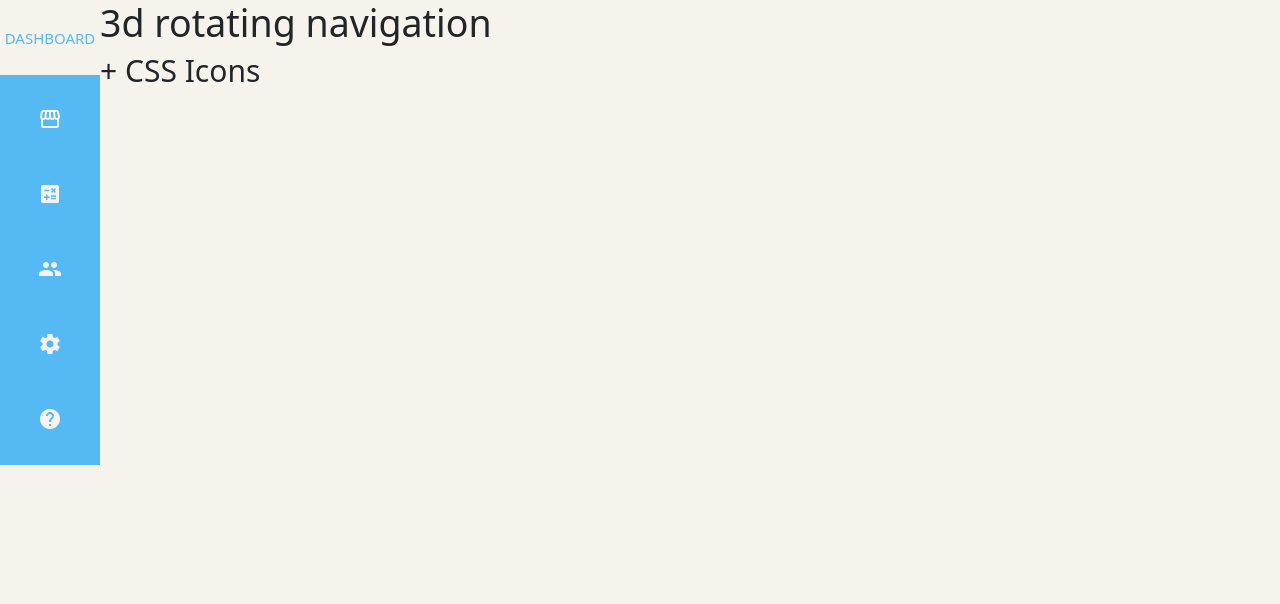
Repository: latenightsnacc/AllinOne
Page: Design/dashboard.html
The author's editor kept a copy of each file at every save. The page is drawn from the files as they stood at one save, then again after the next save.
The browser window is 1280 px wide. The pictures show the whole page.
The style sheet was rebuilt from its Sass, Less or Tailwind sources for each picture, by a compiler version that may differ from the author's.

Above is the page before, as saved 2020-09-16 17:07:56.

After the next save:
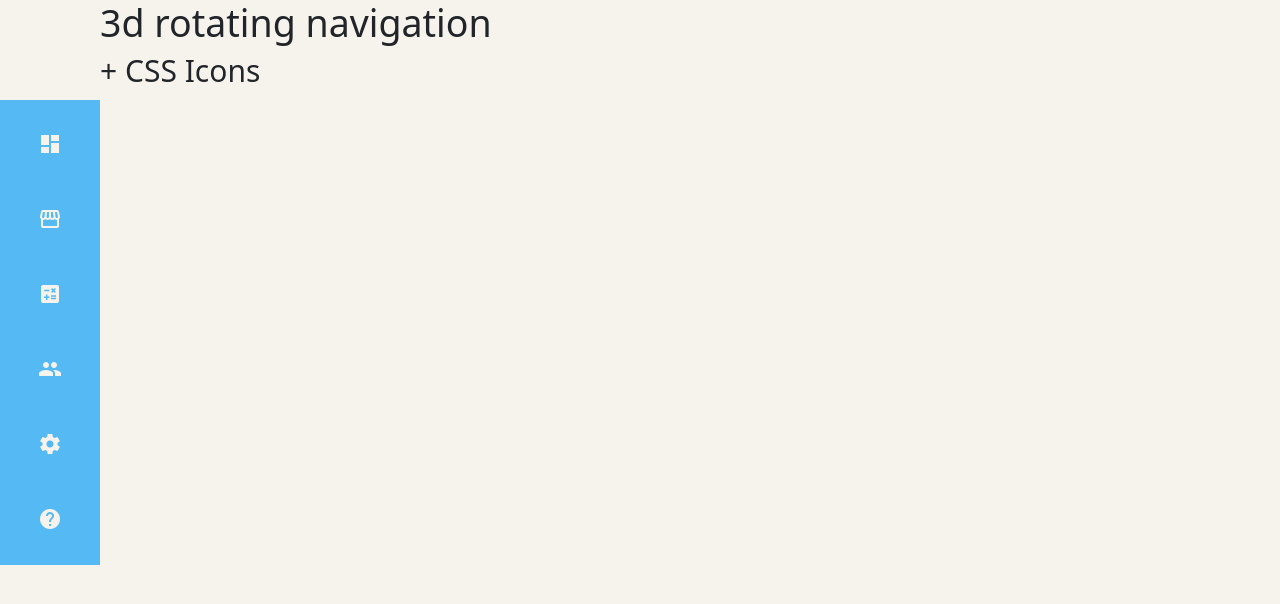
Saved 34 s later.
--- a/Design/sidebar.scss
+++ b/Design/sidebar.scss
@@ -31,11 +31,12 @@ a.sidebar-icon {
     font-size: 50px;
 }
 .side-bar {
-    // float: left;
+    float: left;
 	position: fixed;
 	top: 200;
     left: 0;
-	background: $blue;
+    background: $blue;
+    margin-top: 100px;
 }
 
 .side-bar ul {
